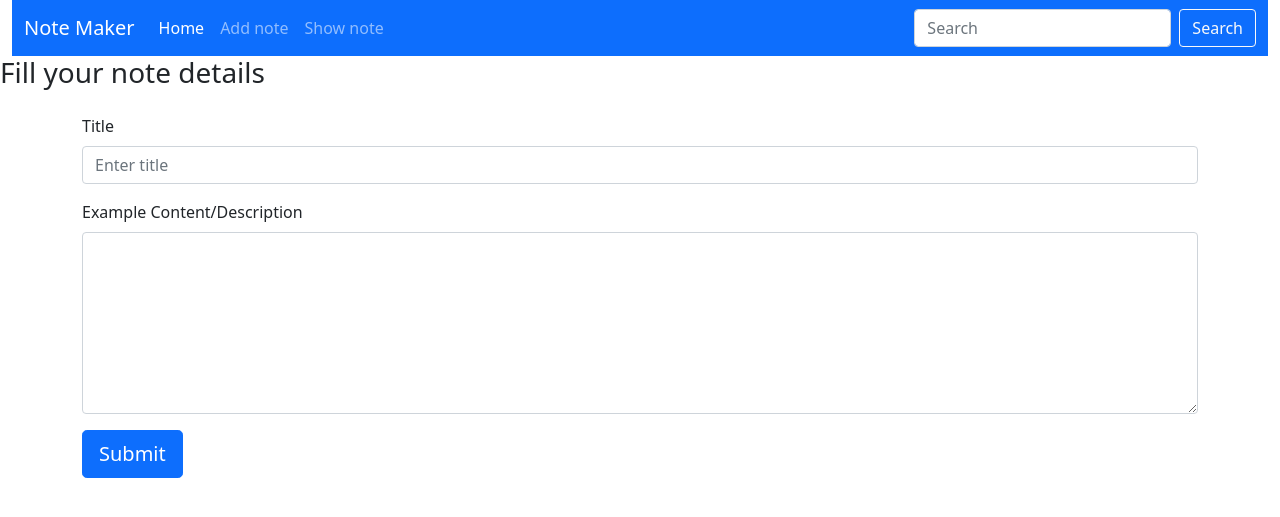
Repository: sachin1830/hibernateproject
Page: http://localhost/com.todolist/add_note.jsp
An editor plug-in stored every save of this project. The page is shown before and after the next save, followed by the edit.
The browser window is 1280 px wide. The pictures show the whole page.
Some web libraries are served in a nearby version. The page is served by Tomcat 9.

Above is the page before, as saved 2021-01-22 04:26:25.

After the next save:
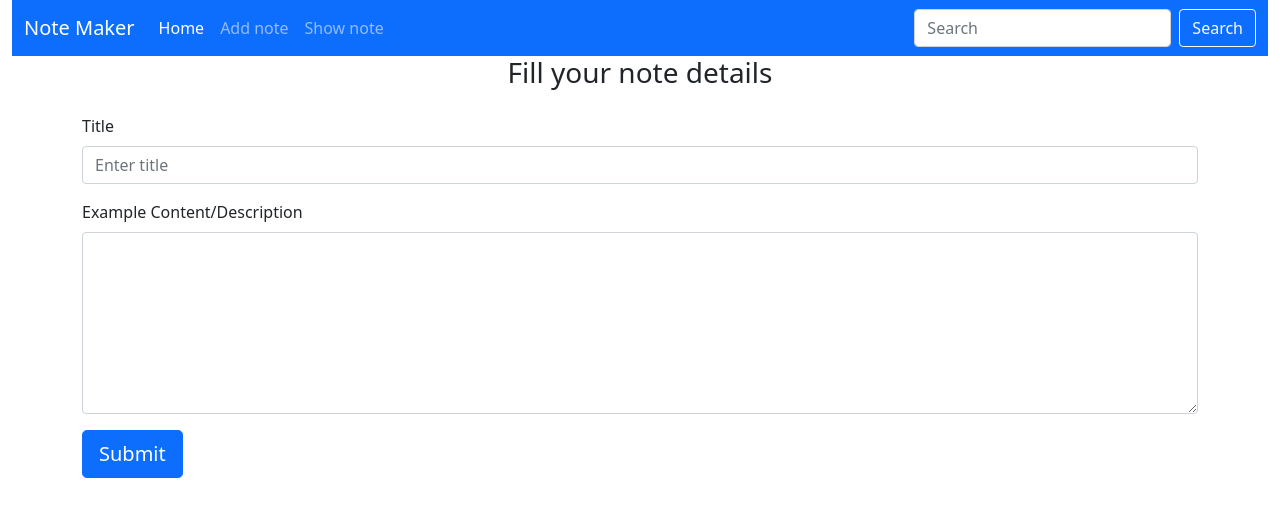
Saved 11 s later.
--- a/com.todolist/src/main/webapp/add_note.jsp
+++ b/com.todolist/src/main/webapp/add_note.jsp
@@ -22,7 +22,7 @@
 
 	</div>
 	<div>
-	<h3 class="mx-auto">Fill your note details</h3>
+	<h3 class="text-center">Fill your note details</h3>
 	</div>
 	<div class="container mt-4">
 		<form>
